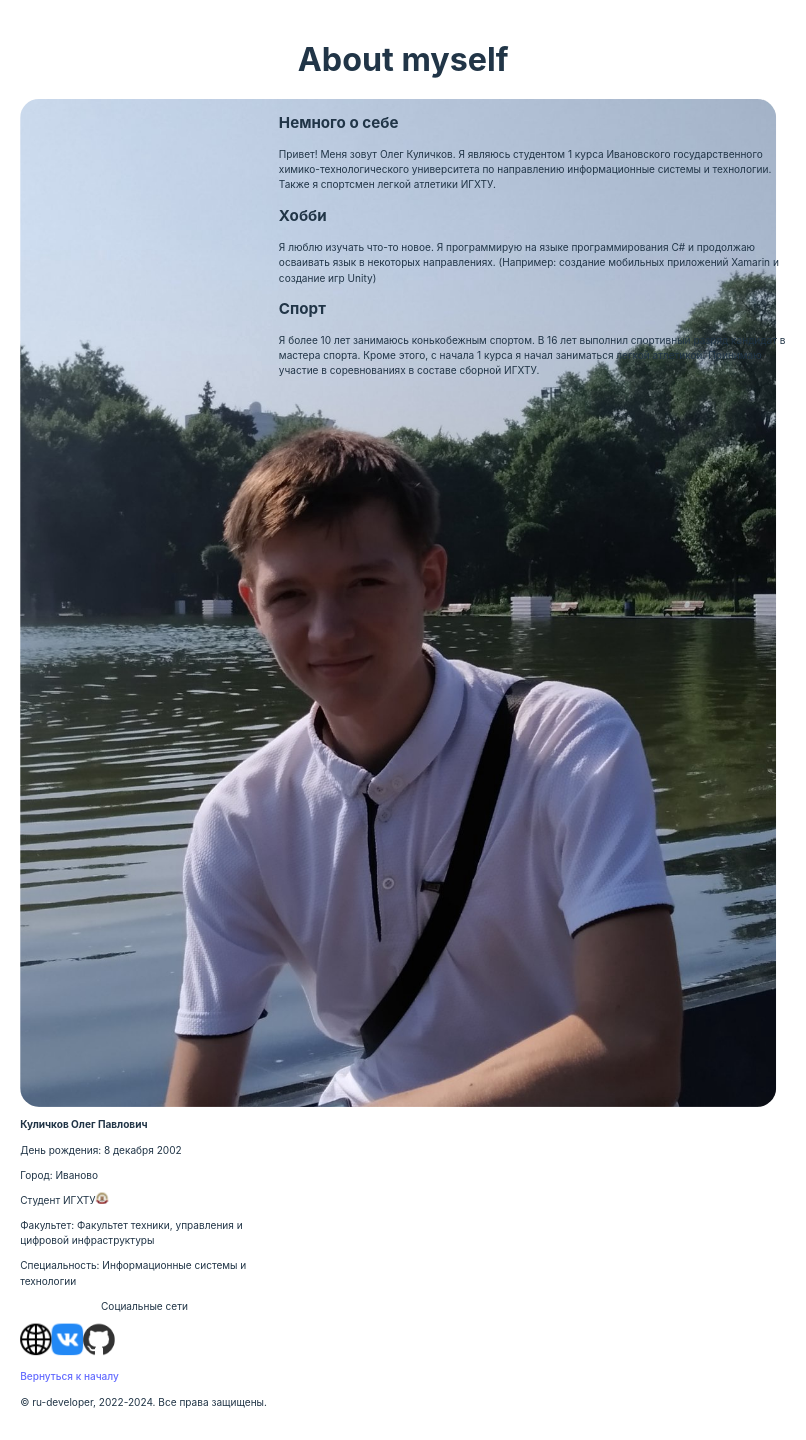
Repository: HubOl01/my_profile
Page: /
The author's editor kept a copy of each file at every save. The page is drawn from the files as they stood at one save, then again after a run of saves.
The browser window is 1280 px wide. The pictures show the whole page, at 63% of full size.
The project was rebuilt for these pictures with package versions that can differ from the ones it lists, and the page was loaded fresh each time. Also part of the build but not shown: vite.config.ts.

Above is the page before, as saved 2024-03-06 08:38:49.

### src/App.tsx
import { Grid } from '@mui/material'
import './App.css'
import Common from './components/center/Common'
import Footer from './components/footer/Footer'
import Header from './components/header/Header'
import LeftBar from './components/left/LeftBar'


function App() {

  return (
    <>
      <Header />
      <Grid container spacing={2}>
        <Grid item xs={4}>
          <LeftBar />
        </Grid>
        <Grid item xs>
          <Common />
        </Grid>
      </Grid>
      <Footer />
    </>
  )
}

export default App

### src/App.css
#root {
  max-width: 1280px;
  margin: 0 auto;
  padding: 2rem;
  /* text-align: center; */
}
.logo:hover {
  filter: drop-shadow(0 0 2em #646cffaa);
}
.logo.react:hover {
  filter: drop-shadow(0 0 2em #61dafbaa);
}

@keyframes logo-spin {
  from {
    transform: rotate(0deg);
  }
  to {
    transform: rotate(360deg);
  }
}

@media (prefers-reduced-motion: no-preference) {
  a:nth-of-type(2) .logo {
    animation: logo-spin infinite 20s linear;
  }
}

.card {
  padding: 2em;
}

.read-the-docs {
  color: #888;
}

### src/components/center/Common.tsx
import React from 'react'

export default function Common() {
  return (
    <div className="Text">
      <h2>Немного о себе</h2>
      <p>
        Привет! Меня зовут Олег Куличков. Я являюсь студентом 1 курса
        Ивановского государственного химико-технологического университета по
        направлению информационные системы и технологии. Также я спортсмен
        легкой атлетики ИГХТУ.
      </p>
      <h2>Хобби</h2>
      <p>
        Я люблю изучать что-то новое. Я программирую на языке программирования
        C# и продолжаю осваивать язык в некоторых направлениях. (Например:
        создание мобильных приложений Xamarin и создание игр Unity)
      </p>
      <h2>Спорт</h2>
      <p>
        Я более 10 лет занимаюсь конькобежным спортом. В 16 лет выполнил
        спортивный разряд кандидат в мастера спорта. Кроме этого, с начала 1
        курса я начал заниматься легкой атлетикой. Принимаю участие в
        соревнованиях в составе сборной ИГХТУ.
      </p>
    </div>
  )
}

### src/components/footer/Footer.tsx
import React from 'react'

export default function Footer() {
  return (
    <footer className="text-muted">
    <div className="container">
      <p className="float-right">
        <a href="#">Вернуться к началу</a>
      </p>
      <p className="footer-text">© ru-developer, 2022-{(new Date()).getFullYear()}. Все права защищены.</p>
    </div>
  </footer>
  )
}

### src/components/header/Header.tsx
import './Header.style.scss'

export default function Header() {
  return (
    <header>
      <div>
        <h1>About myself</h1>
      </div>
    </header>
  )
}

### src/components/left/LeftBar.tsx
import './LeftBar.style.scss'
import about from '../../assets/images/About.jpg'
import isuct from '../../assets/images/isuct.png'
import web from '../../assets/images/web.png'
import vk from '../../assets/images/vk.png'
import github from '../../assets/images/GitHub.png'

const LeftBar = () => {
  return (
    <>
      <div>
        <a title="Куличков Олег" href="https://vk.com/oleg01f">
          <img
            alt="about"
            src={about}
            // width={400}

            // backgroundSize: 'contain'
            style={{
              borderRadius: '30px',
              display: 'flex',
              // backgroundSize: 'contain',
              // backgroundRepeat: 'no-repeat'
            }}
            data-holder-rendered="true"
          />
        </a>
        <div>
          <p>
            <b>Куличков Олег Павлович</b>
          </p>
          <p>
            <span >День рождения:</span> 8 декабря 2002
          </p>
          <p>
            <span className="text-format">Город:</span> Иваново
          </p>
          <p>
            Студент ИГХТУ
            <img
              className="isuct"
              alt="ISUCT"
              src={isuct}
              width={20}
            // data-holder-rendered="true"
            />
          </p>
          <p>
            <span className="text-format">Факультет:</span> Факультет техники,
            управления и цифровой инфраструктуры
          </p>
          <p>
            <span className="text-format">Специальность:</span> Информационные
            системы и технологии
          </p>
          <p style={{
            "textAlign": "center"
          }}>
            <span className="text-format" >Социальные сети</span>
          </p>
          <div className="websites" style={{
            "textAlign": "center",
            "display": "inline-flex",
            "justifyContent": "center"
          }}>
            <div className="web1">
              <a
                href="mailto:kuloleg54@gmail.com?subject=Вопрос от подписчика"
                title="Email"
              >
                <img
                  className="img-icon"
                  alt="Email"
                  src={web}
                  width={40}
                />
              </a>
            </div>
            <div className="web2">
              <a href="https://vk.com/oleg01f" title="Vk">
                <img
                  className="img-icon"
                  alt="Vk"
                  src={vk}
                  width={20}
                />
              </a>
            </div>
            <div className="web3">
              <a href="https://github.com/HubOl01" title="GitHub">
                <img
                  className="img-icon"
                  alt="GitHub"
                  src={github}
                  width={20}
                />
              </a>
            </div>
          </div>
        </div>
      </div>
    </>
  )
}

export default LeftBar

### src/components/left/LeftBar.style.scss
.img-icon{
    width: 50px;
    height: 50px;
}
div{
    display: "flex";
}

Loaded but not shown: index.html (common file); src/main.tsx (common file); src/index.css (common file); src/components/header/Header.style.scss (common file)

After the next 2 saves:
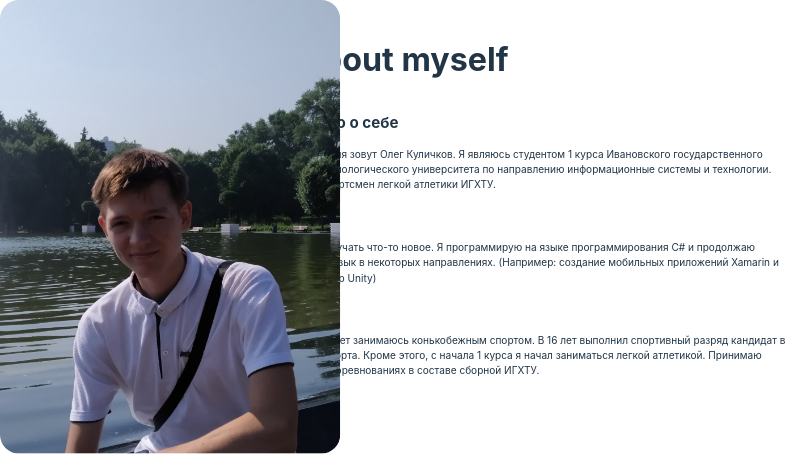
The 2 saves are shown as one change because they came seconds apart.
The last was saved 57 s later.
--- a/src/components/left/LeftBar.tsx
+++ b/src/components/left/LeftBar.tsx
@@ -19,6 +19,13 @@ const LeftBar = () => {
             style={{
               borderRadius: '30px',
               display: 'flex',
+              position: "absolute",
+              // position: "absolute",
+              left: 0,
+              top: 0,
+              height: "100%", //auto
+              // maxWidth:"100%"
+              objectFit: "scale-down"
               // backgroundSize: 'contain',
               // backgroundRepeat: 'no-repeat'
             }}
